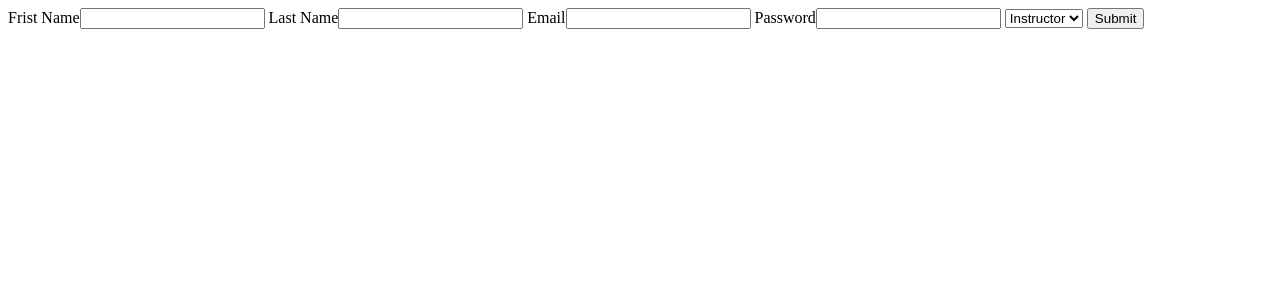
Repository: zshafi01/LearnerAcadamy
Page: http://localhost/LearnerAcadamy/user.jsp
An editor plug-in stored every save of this project. The page is shown before and after the next save, followed by the edit.
The browser window is 1280 px wide. The pictures show the whole page.
The page is served by Tomcat 9. Other server files are loaded and not shown.

Above is the page before, as saved 2021-02-02 03:17:33.

### LearnerAcadamy/WebContent/user.jsp
<%@ page language="java" contentType="text/html; charset=ISO-8859-1"
    pageEncoding="ISO-8859-1"%>
<!DOCTYPE html>
<html>
<head>
<meta charset="ISO-8859-1">
<title>Learner's Acadamy</title>
</head>
<body>
Frist Name<input type="text" name="fname">
Last Name<input type="text" name="lname">
Email<input type="email" name="email">
Password<input type="password" name="password">

<select name="type">
    <option value="type_id">Instructor</option>
    <option value="type_id">Student</option>

</select>
<input type="submit" value="Submit">
</body>
</html>

After the next save:
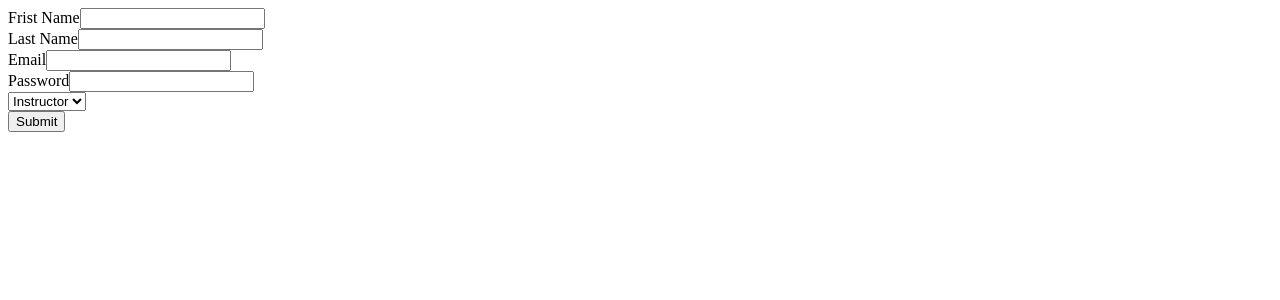
Saved 51 s later.
--- a/LearnerAcadamy/WebContent/user.jsp
+++ b/LearnerAcadamy/WebContent/user.jsp
@@ -7,16 +7,16 @@
 <title>Learner's Acadamy</title>
 </head>
 <body>
-Frist Name<input type="text" name="fname">
-Last Name<input type="text" name="lname">
-Email<input type="email" name="email">
-Password<input type="password" name="password">
+Frist Name<input type="text" name="fname"><br/>
+Last Name<input type="text" name="lname"><br/>
+Email<input type="email" name="email"><br/>
+Password<input type="password" name="password"><br/>
 
 <select name="type">
     <option value="type_id">Instructor</option>
     <option value="type_id">Student</option>
 
-</select>
+</select><br/>
 <input type="submit" value="Submit">
 </body>
 </html>
